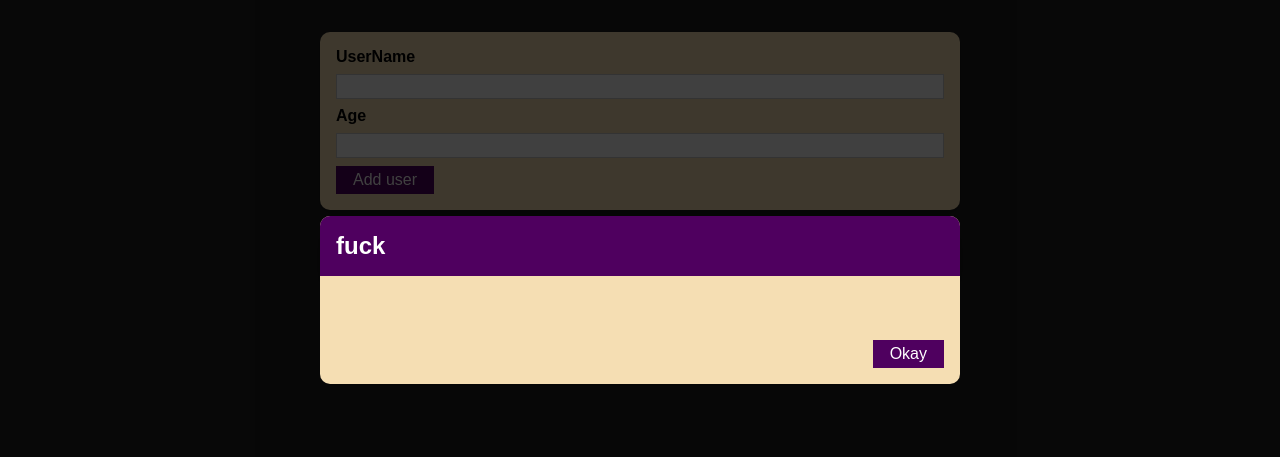
Repository: Wakkaba/08-Demo-proj
Page: /
The author's editor kept a copy of each file at every save. The page is drawn from the files as they stood at one save, then again after the next save.
The browser window is 1280 px wide. The pictures show the whole page.
The project was rebuilt for these pictures with package versions that can differ from the ones it lists, and the page was loaded fresh each time.

Above is the page before, as saved 2021-10-25 17:41:15.

### src/App.js
import React, { useState } from "react";
import { AddUser } from "./components/Users/AddUser";
import { UsersList } from "./components/Users/UserList";

function App() {
  const [userList, setUserList] = useState([]);

  const addUserHandler = (uName, uAge) => {
    setUserList((prevUserList) => {
      return [...prevUserList, {name: uName, age: uAge, id: Math.random()*100}]
    })

  }

  return (
    <div>
      <AddUser onAddUser={addUserHandler} />
      <UsersList users={userList} />
    </div>
  );
}

export default App;

### src/components/Users/AddUser.js
import React, { useState } from "react";
import "./AddUser.css";
import { Card } from "../UI/Card";
import { Button } from "../UI/Button";
import { ErrorModal } from "../UI/ErrorModal";
export const AddUser = (props) => {
  const [enteredUsername, setEnteredUsername] = useState("");
  const [enteredAge, setEnteredAge] = useState("");

  const userNameChangeHandler = (e) => {
    setEnteredUsername(e.target.value);
  };

  const userAgeChangeHandler = (e) => {
    setEnteredAge(e.target.value);
  };

  const addUserHandler = (e) => {
    e.preventDefault();
    if (enteredUsername.trim().length === 0 || enteredAge.trim().length === 0) {
      return;
    }
    if (+enteredAge < 1) {
      return;
    }

    setEnteredUsername("");
    setEnteredAge("");
    props.onAddUser(enteredUsername, enteredAge);
  };

  return (
    <div>
      <ErrorModal title="fuck" />
      <Card className="input">
        <form onSubmit={addUserHandler}>
          <label htmlFor="username">UserName</label>
          <input
            value={enteredUsername}
            onChange={userNameChangeHandler}
            id="username"
            type="text"
          />
          <label htmlFor="age">Age</label>
          <input
            value={enteredAge}
            onChange={userAgeChangeHandler}
            id="age"
            type="number"
          />
          <Button type="submit">Add user</Button>
        </form>
      </Card>
    </div>
  );
};

### src/components/Users/UserList.js
import React from "react";
import {Card} from "../UI/Card"
import './UserList.css'
export const UsersList = (props) => {
  return (
    <Card className="users">
      <ul>
        {props.users.map((user) => (
          <li key={user.id}>
            {user.name} ({user.age} years old)
          </li>
        ))}
      </ul>
    </Card>
  );
};

### src/components/UI/Card.js
import React from "react";
import "./Card.css";

export const Card = (props) => {
  return <div className={` ${'card'} ${props.className}`}>{props.children}</div>;
};

### src/components/UI/Button.js
import React from "react";
import "./Button.css";

export const Button = (props) => {
  return (
    <button
      onClick={props.onClick}
      className="button"
      type={props.type || "button"}
    >
      {props.children}
    </button>
  );
};

### src/components/UI/ErrorModal.js
import React from "react";
import "./ErrorModal.css";
import { Card } from "./Card";
import { Button } from "../UI/Button";

export const ErrorModal = (props) => {
  return (
    <div>
      <div className="backdrop" />
      <Card className="modal">
        <header className="header">
          <h2>{props.title}</h2>
        </header>
        <div className="content">
          <p>{props.message}</p>
        </div>
        <footer className="actions">
          <Button>Okay</Button>
        </footer>
      </Card>
    </div>
  );
};

### src/components/UI/Card.css
.card {
    background: wheat;
    border-radius: 10px;
    box-shadow: 0 2px 8px rgba(0, 0, 0, 0.26);
}

Loaded but not shown: public/index.html (common file); src/index.js (common file); src/index.css (common file); src/components/Users/AddUser.css (common file); src/components/Users/UserList.css (common file); src/components/UI/Button.css (common file); src/components/UI/ErrorModal.css (common file)

After the next save:
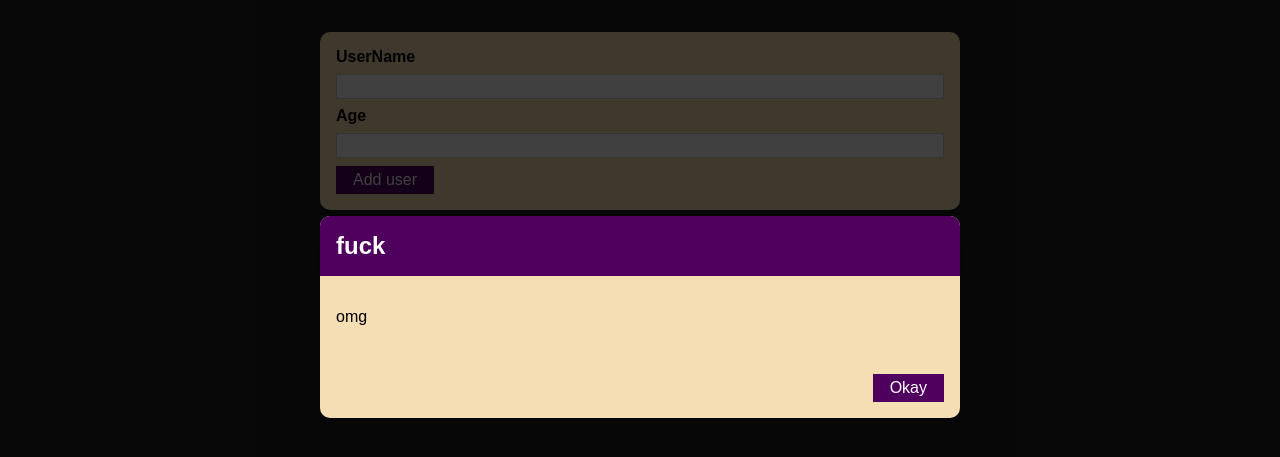
Saved 7 s later.
--- a/src/components/Users/AddUser.js
+++ b/src/components/Users/AddUser.js
@@ -31,7 +31,7 @@ export const AddUser = (props) => {
 
   return (
     <div>
-      <ErrorModal title="fuck" />
+      <ErrorModal title="fuck" message="omg" />
       <Card className="input">
         <form onSubmit={addUserHandler}>
           <label htmlFor="username">UserName</label>
